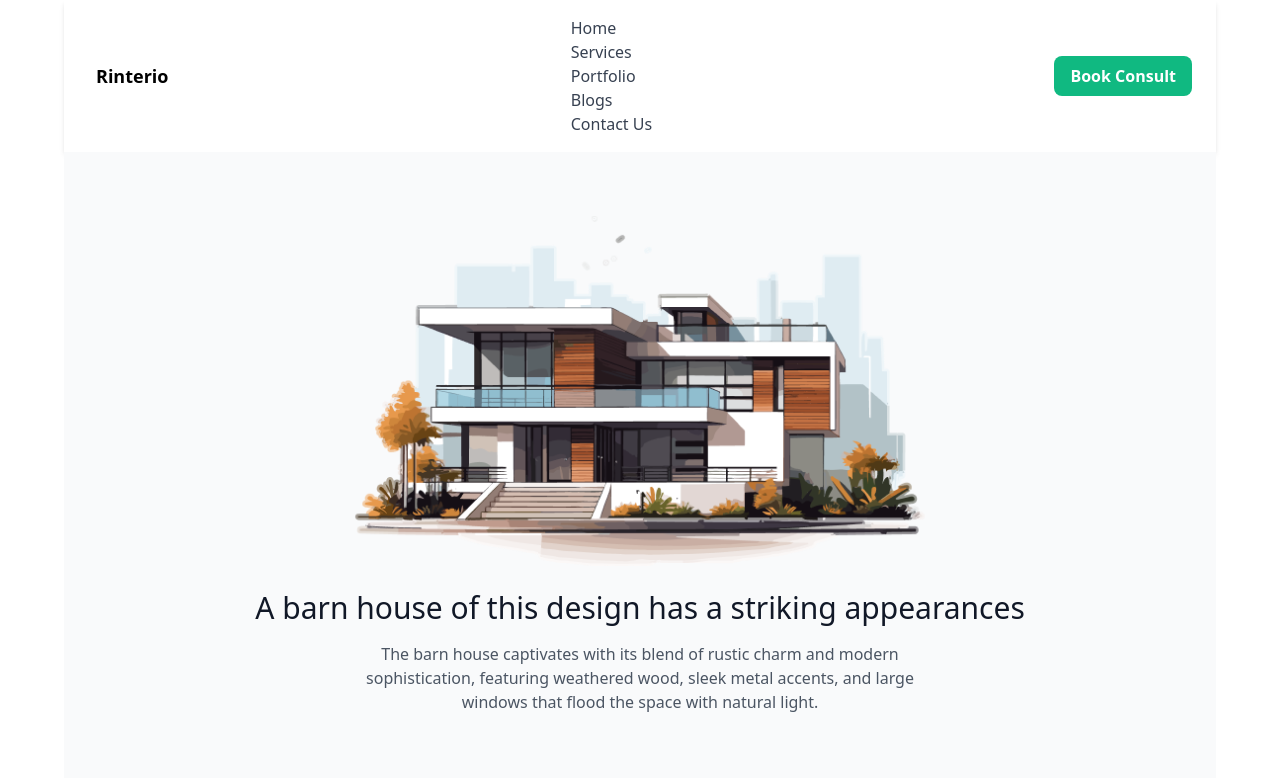
Repository: Aminul-Islam85/Assignment-3
Page: index.html
The author's editor kept a copy of each file at every save. The page is drawn from the files as they stood at one save, then again after the next save.
The browser window is 1280 px wide. The pictures show the whole page.

Above is the page before, as saved 2024-10-31 13:48:41.

After the next save:
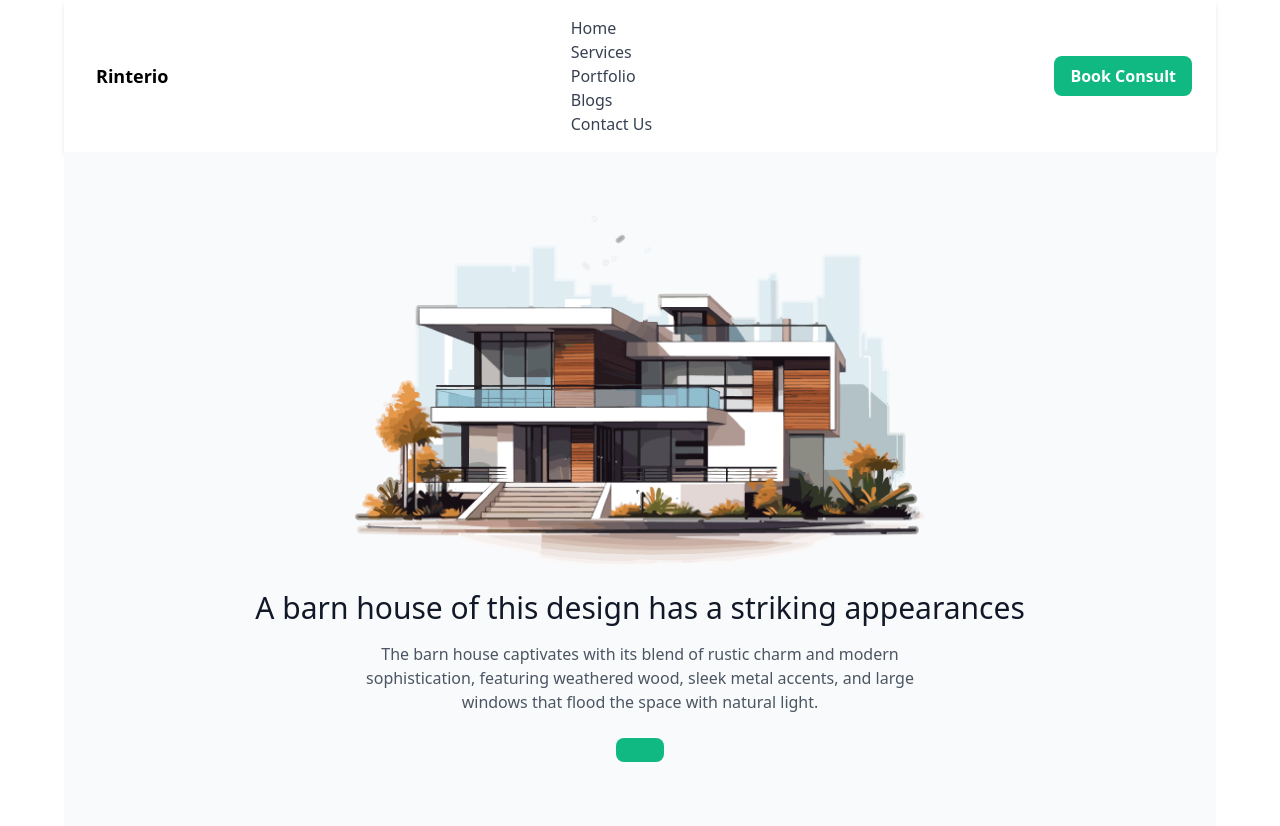
Saved 2 min 34 s later.
--- a/index.html
+++ b/index.html
@@ -29,7 +29,9 @@
             <p class="mt-4 text-gray-600 max-w-xl">The barn house captivates with its blend of rustic charm and modern sophistication, featuring weathered wood, sleek metal
                 accents, and large windows that flood the space with natural light.
             </p>
+            <button class="mt-6 px-6 py-3 text-white bg-green-500 rounded-lg font-semi-bold hover:bg-green-600"></button>
         </section>
+
 
     </div>
 
